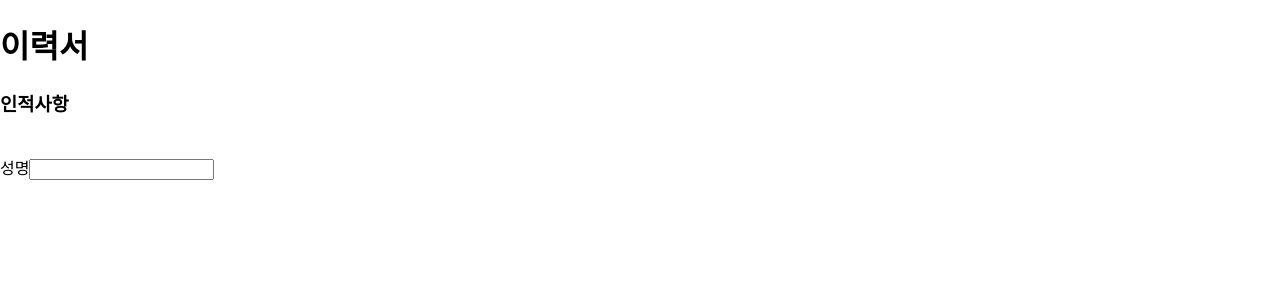
Repository: jiyeonyun/etc
Page: / (app in job/)
An editor plug-in stored every save of this project. The page is shown before and after the next save, followed by the edit.
The browser window is 1280 px wide. The pictures show the whole page.
The project was rebuilt for these pictures with package versions that can differ from the ones it lists, and the page was loaded fresh each time. Also part of the build but not shown: job/src/components/info/info.module.css.

Above is the page before, as saved 2022-05-18 09:48:07.

After the next save:
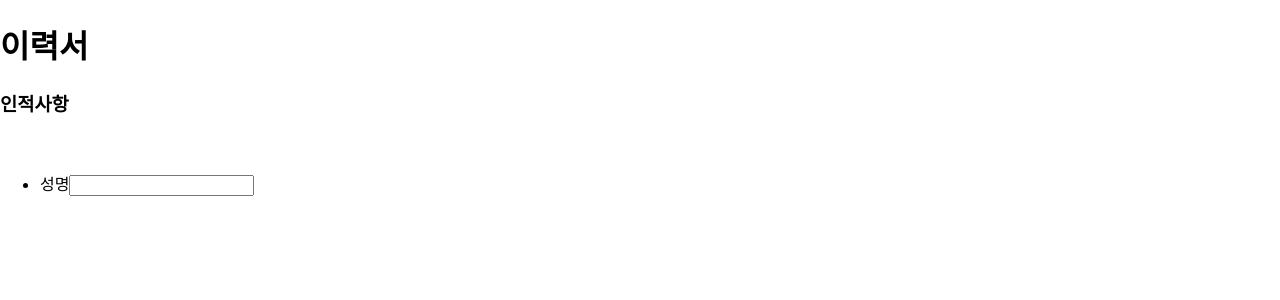
Saved 32 s later.
--- a/job/src/components/info/info.jsx
+++ b/job/src/components/info/info.jsx
@@ -9,8 +9,12 @@ const Info = (props) => {
           <img src="" alt="" className={styles.infoImage} />
         </div>
         <div className={styles.desWrap}>
-          <label htmlFor="name">성명</label>
-          <input type="text" id="name" />
+          <ul className={styles.list}>
+            <li>
+              <label htmlFor="name">성명</label>
+              <input type="text" id="name" />
+            </li>
+          </ul>
         </div>
       </div>
     </div>
